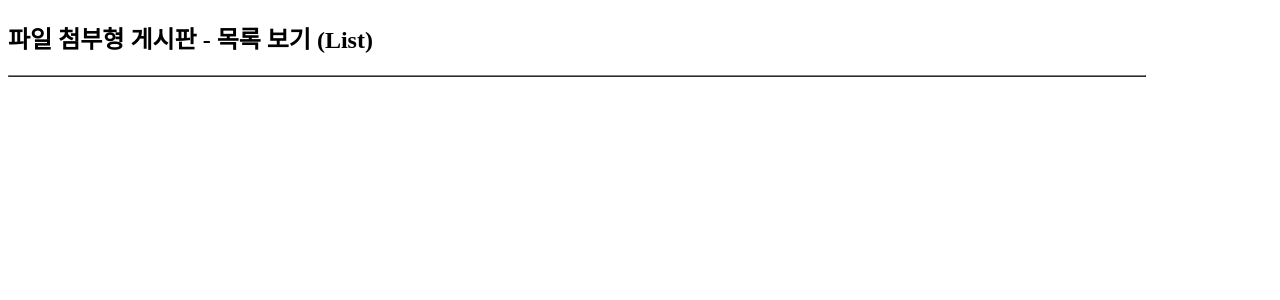
Repository: Suminmer/JSP-practice
Page: http://localhost/MustHaveJSP/14MVCBoard/List.jsp
An editor plug-in stored every save of this project. The page is shown before and after the next save, followed by the edit.
The browser window is 1280 px wide. The pictures show the whole page.
The page is served by Tomcat 9. Other server files are loaded and not shown.

Above is the page before, as saved 2022-04-29 04:50:28.

### MustHaveJSP/src/main/webapp/14MVCBoard/List.jsp
<%@ page language="java" contentType="text/html; charset=UTF-8"
    pageEncoding="UTF-8"%>
<%@ taglib prefix="c" uri="http://java.sun.com/jsp/jstl/core"%>
<!DOCTYPE html>
<html>
<head>
<meta charset="UTF-8">
<title>파일 첨부형 게시판</title>
<style>
	a {
		text-decoration: none;
	}
</style>
</head>
<body>
	<h2>파일 첨부형 게시판 - 목록 보기 (List)</h2>

	<!-- 검색 폼 -->
	<form method="get">
	<table border="1" width="90%">

	</table>
	</form>
</body>
</html>

After the next save:
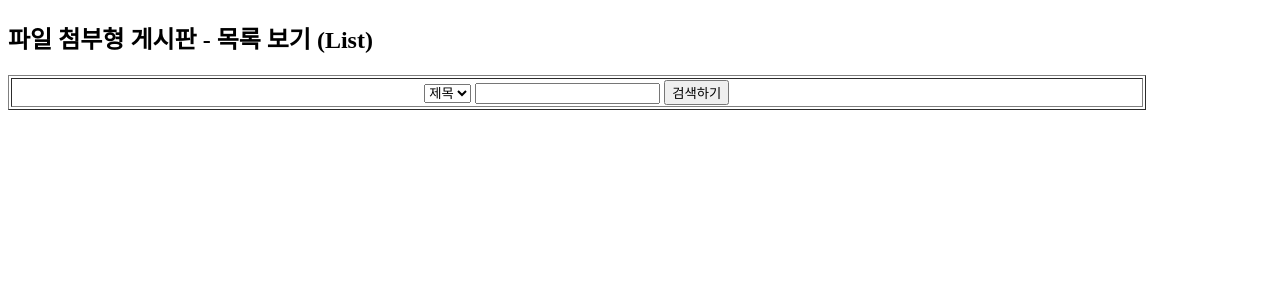
Saved 2 min 10 s later.
--- a/MustHaveJSP/src/main/webapp/14MVCBoard/List.jsp
+++ b/MustHaveJSP/src/main/webapp/14MVCBoard/List.jsp
@@ -18,7 +18,16 @@
 	<!-- 검색 폼 -->
 	<form method="get">
 	<table border="1" width="90%">
-
+		<tr>
+			<td align="center">
+				<select name="searchField">
+					<option value="title">제목</option>
+					<option value="content">내용</option>
+				</select>
+				<input type="text" name="searchWord"/>
+				<input type="submit" value="검색하기"/>
+			</td>
+		</tr>
 	</table>
 	</form>
 </body>
